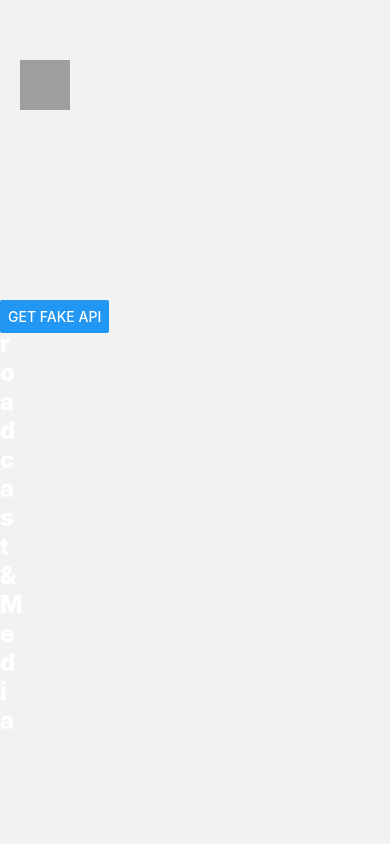
Repository: BCIT-Rooty/rooty-expo
Screen: /BroadcastMedia
An editor plug-in stored every save of this project. The screen is shown before and after the next save, followed by the edit.
Pictures or frames that could not be fetched are drawn as grey boxes. The app was drawn by React Native's web renderer in a window 390 px wide. The project was rebuilt for these pictures with package versions that can differ from the ones it lists, and the page was loaded fresh each time. Also part of the build but not shown: components/text.js, components/postCard.js, screens/Computing.js, screens/Marketing.js, screens/BusinessFinance.js, screens/DigitalArtsDesign.js, screens/Tutoring.js.

Above is the screen before, as saved 2022-12-11 18:47:34.

### App.js
import { NavigationContainer } from '@react-navigation/native';
import { createNativeStackNavigator } from '@react-navigation/native-stack';
import Home from './screens/Home';
import BroadcastMedia from './screens/BroadcastMedia'
import Computing from './screens/Computing'
import Marketing from './screens/Marketing'
import BusinessFinance from './screens/BusinessFinance'
import DigitalArtsDesign from './screens/DigitalArtsDesign'
import Tutoring from './screens/Tutoring'

const Stack = createNativeStackNavigator();

export default function App() {
  return (
    <NavigationContainer>
      <Stack.Navigator>
        <Stack.Screen options={{headerShown: false}} name="Home" component={Home} />
        <Stack.Screen options={{headerShown: false}} name="BroadcastMedia" component={BroadcastMedia} />
        <Stack.Screen options={{headerShown: false}} name="Computing" component={Computing} />
        <Stack.Screen options={{headerShown: false}} name="Marketing" component={Marketing} />
        <Stack.Screen options={{headerShown: false}} name="BusinessFinance" component={BusinessFinance} />
        <Stack.Screen options={{headerShown: false}} name="DigitalArtsDesign" component={DigitalArtsDesign} />
        <Stack.Screen options={{headerShown: false}} name="Tutoring" component={Tutoring} />
      </Stack.Navigator>
    </NavigationContainer>
  );
}

### screens/Home.js
import { StatusBar } from 'expo-status-bar';
import { StyleSheet, Text, View } from 'react-native';
import styled from 'styled-components/native';
import { useState } from 'react';
import { FlexBox } from '../components/flexbox';
import TextBox from '../components/text';
import CategoryCard from '../components/categoryCard';
import { useNavigation } from '@react-navigation/native'

export default function Home() {
  const [listOfCategories, setListOfCategories] = useState([
    { id: "BroadcastMedia", name: "Broadcast & Media", image:"https://starbooks.ca/wk06website/wp-content/uploads/2022/12/broadcast-500x500.png" },
    { id: "Computing", name: "Computing", image:"https://starbooks.ca/wk06website/wp-content/uploads/2022/12/programming-Small.jpeg" },
    { id: "Marketing", name: "Marketing", image:"https://starbooks.ca/wk06website/wp-content/uploads/2022/12/marketing-500x500.png" },
    { id: "BusinessFinance", name: "Business & Finance", image:"https://starbooks.ca/wk06website/wp-content/uploads/2022/12/business-Small.jpeg" },
    { id: "DigitalArtsDesign", name: "Digital Arts & Design", image:"https://starbooks.ca/wk06website/wp-content/uploads/2022/12/digitalarts-Small.jpeg" },
    { id: "Tutoring", name: "Tutoring", image:"https://starbooks.ca/wk06website/wp-content/uploads/2022/12/tutoring-Small.jpeg" },
  ]);
    const  navigation = useNavigation()

    const SendRoute = (catId) => {
      navigation.navigate(catId)
      console.log("Hello")
    }


  return (
     <View style={{borderWidth:0, width:"100%", padding:"20px", height:"100%", backgroundColor:"#F8F6F2"}}>
          <View style={{width:"100%", justifyContent:"start", alignItems:"flex-start", paddingTop:50, paddingRight:0, paddingLeft:20, minHeight:90, borderBottomWidth: 1, borderBottomColor: 'grey', marginBottom:20}}>
            <Text style={{fontSize:20, fontWeight:"700"}}>Search</Text>
          </View>
          <View style={{flexWrap:"wrap", flexDirection:"row", borderWidth:"0px", display:"flex", justifyContent:"center"}} >
          {listOfCategories.map((category) => (
              <CategoryCard key={category.id} onPress={()=>{SendRoute(category.id)}} name={category.name} image={category.image}></CategoryCard>

            ))
          }
          </View>
      </View>
  );
}

### screens/BroadcastMedia.js
import { StatusBar } from 'expo-status-bar';
import { StyleSheet, Text, View, Button, KeyboardAvoidingView, ScrollView, Image } from 'react-native';
import styled from 'styled-components/native';
import { useState } from 'react';
import { FlexBox } from '../components/flexbox';
import TextBox from '../components/text';
import CategoryCard from '../components/categoryCard';
import { useNavigation } from '@react-navigation/native'
import PostCard from '../components/postCard';
import BackButton from '../components/backButton';
import axios from 'axios';
import HeaderCat from '../components/headerCat';

export default function BroadcastMedia() {
    const  navigation = useNavigation()
    const hey = () => {
      navigation.navigate('Home')
    }
    const [go, setGo] = useState("ok")
    const [number, setNumber] = useState("")
    const [cards, setCards] = useState([]);
    const [toast, showToast] = useState("blue")
    const [toastText, showToastText] = useState("Enter a number")
    const [loading, setLoading] = useState(false)

    const GetAPICards = () => {
      // await means please wait for the line to finish before moving onto the next line

      //.then .catch
      setGo("ok")
      setLoading(true)
      // await axios.get("https://fakerapi.it/api/v1/images?_quantity=10")
      axios.get("https://fakerapi.it/api/v1/products?_price_max=120&_quantity=6&_price_min=40&_type=architecture")
              .then((result)=>{
                  setGo(true)
                  setCards([
                    ...result.data.data
                  ])
                  showToast("green")
                  showToastText("Successfully retrieved data!")
                  console.log(result.data.data)
              })
              .catch((error)=>{
                  // setGo(false)
                  // showToastText("Failed getting data")
                  // showToast("red")
                  console.log(error.message)
              })
      // setLoading(false)

    }


  return (
    <KeyboardAvoidingView style={{display:"flex", justifyContent:"start", alignItems:"start", height:"100%"}}>
     <HeaderCat></HeaderCat>
    <Button onPress={() => GetAPICards()} title="Get Fake API"/>
    <ScrollView contentContainerStyle={{display:"flex", justifyContent:"start", alignItems:"center",}} style={{marginTop:50, width:"100%",}}>
        {go === true && cards.map((o,i)=>(
          <View key={i} style={{marginBottom:30}}>
            <PostCard url={o.image} title={o.name} description={o.price} ratings={o.categories[0] + "/10 Stars"}/>
          </View>
        ))}
    </ScrollView>
</KeyboardAvoidingView>
  );
}

### components/flexbox.js
import styled from 'styled-components/native'

export const FlexBox = styled.View`
    display:flex;
    justify-content:${props=>props.justifyContent};
    align-items:${props=>props.alignItems};
    flex-direction:${props=>props.dir};
    flex-wrap: ${props=>props.flexWrap};
    width: ${props=>props.width};
    height: ${props=>props.height};
    background-color: ${props=>props.bgColor};
    padding: ${props=>props.padding || "0px"};
    min-height: ${props=>props.minHeight};
    max-height: ${props=>props.maxHeight};
    background-image: ${props=>props.linearGradient}, url(${props=>props.bgImage});
    background-position: ${props=>props.bgPosition};
    background-size: ${props=>props.bgSize};
    border-radius:${props=>props.borderRadius};
    filter: ${props=>props.filter};
    border: ${props=>props.border};
    position: ${props=>props.position};
    top: ${props=>props.top};
    left:${props=>props.left};
    bottom: ${props=>props.bottom};
    border-bottom-style: ${props=>props.borderBottom};
    border-top: ${props=>props.topBorder};
    border-bottom: ${props=>props.bottomBorder};
    color: ${props=>props.color};
    cursor: ${props=>props.cursor};
    max-width: ${props=>props.maxWidth};
    min-width: ${props=>props.minWidth};
    overflow-y: ${props=>props.overflowY};
    overflow-anchor: ${props=>props.overflowA}
`;

### components/categoryCard.js
import { FlexBox } from "./flexbox"
import { Image, Pressable, Text } from "react-native"


export default function CategoryCard({
    key,
    name,
    image,
    onPress=()=>{}
}) {

    return (
      <Pressable key={key} onPress={onPress} style={{marginHorizontal:10,marginVertical: 15, shadowOffset:{width:0, height:5}, shadowOpacity:0.4, shadowRadius:5}}>
          <FlexBox dir="column" style={{width:155, height:140, borderRadius:5, borderWidth:0, alignItems:"flex-end", justifyContent:"flex-end"}}>
            <Image style={{width:"100%", height:"87%"}} borderTopLeftRadius="5pt" borderTopRightRadius="5pt"source={{uri:image}}></Image>
            <FlexBox border="0" height="49pt" width="100%" borderBottomEndRadius="5pt" borderBottomLeftRadius="5pt" bgColor="white" justifyContent="start" padding="5%">
                <Text size="16px" weight="bold" align="left" borderRadius="15px">{name}</Text>
            </FlexBox>
        </FlexBox>
      </Pressable>
    )
  };

### components/backButton.js
import { FlexBox } from "./flexbox"
import { Image, Pressable, Text, View } from "react-native"


export default function BackButton({
    onPress = () => {},
    style
}) {

    return (
        <Pressable onPress={onPress} style={style}>
            <View style={{width:50, height:50, borderRadius:25, backgroundColor:"white"}}></View>
            <Image style={{width:50, height:50, position:"absolute"}} source={{uri:"https://cdn-icons-png.flaticon.com/512/93/93634.png"}}></Image>
        </Pressable>
    )
  };

### components/headerCat.js
import { StatusBar } from 'expo-status-bar';
import { StyleSheet, Text, View, Button, KeyboardAvoidingView, ScrollView, Image } from 'react-native';
import styled from 'styled-components/native';
import { useState } from 'react';
import { FlexBox } from '../components/flexbox';
import TextBox from '../components/text';
import CategoryCard from '../components/categoryCard';
import { useNavigation } from '@react-navigation/native'
import PostCard from '../components/postCard';
import BackButton from '../components/backButton';
import axios from 'axios';

export default function HeaderCat() {
    const  navigation = useNavigation()
    const hey = () => {
      navigation.navigate('Home')
    }



  return (
    <View style={{display:"flex", justifyContent:"start", alignItems:"start", height:300}}>
      <Image style={{width:"100%", height:300}} source={{uri:"https://starbooks.ca/wk06website/wp-content/uploads/2022/12/broadcast-500x500.png"}}></Image>
      <View style={{width:"100%", height:300, backgroundColor:"rgba(79, 77, 176, 0.7)", position:"absolute", top: 50}}></View>
      <BackButton style={{position:"absolute", top:60, left:20}} onPress={hey}></BackButton>
      <Text style={{position:"absolute", top:300, fontSize:24, color:"white", fontWeight:"800", width:"100%", textAlign:"center"}}>Broadcast & Media</Text>
    </View>
  );
}

After the next save:
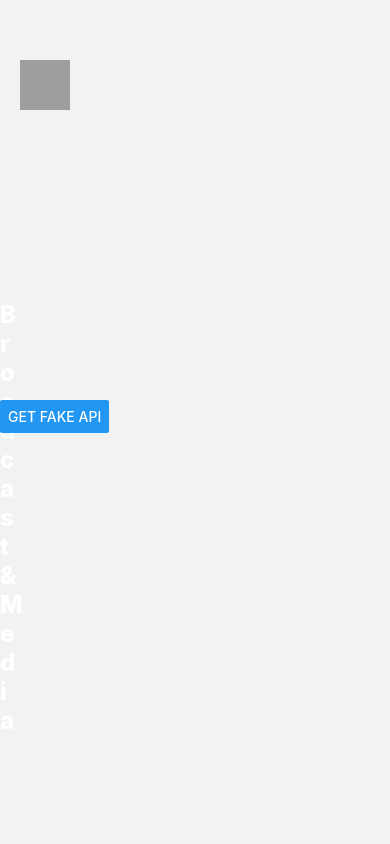
Saved 17 s later.
--- a/components/headerCat.js
+++ b/components/headerCat.js
@@ -19,7 +19,7 @@ export default function HeaderCat() {
 
 
   return (
-    <View style={{display:"flex", justifyContent:"start", alignItems:"start", height:300}}>
+    <View style={{display:"flex", justifyContent:"start", alignItems:"start", height:400}}>
       <Image style={{width:"100%", height:300}} source={{uri:"https://starbooks.ca/wk06website/wp-content/uploads/2022/12/broadcast-500x500.png"}}></Image>
       <View style={{width:"100%", height:300, backgroundColor:"rgba(79, 77, 176, 0.7)", position:"absolute", top: 50}}></View>
       <BackButton style={{position:"absolute", top:60, left:20}} onPress={hey}></BackButton>
